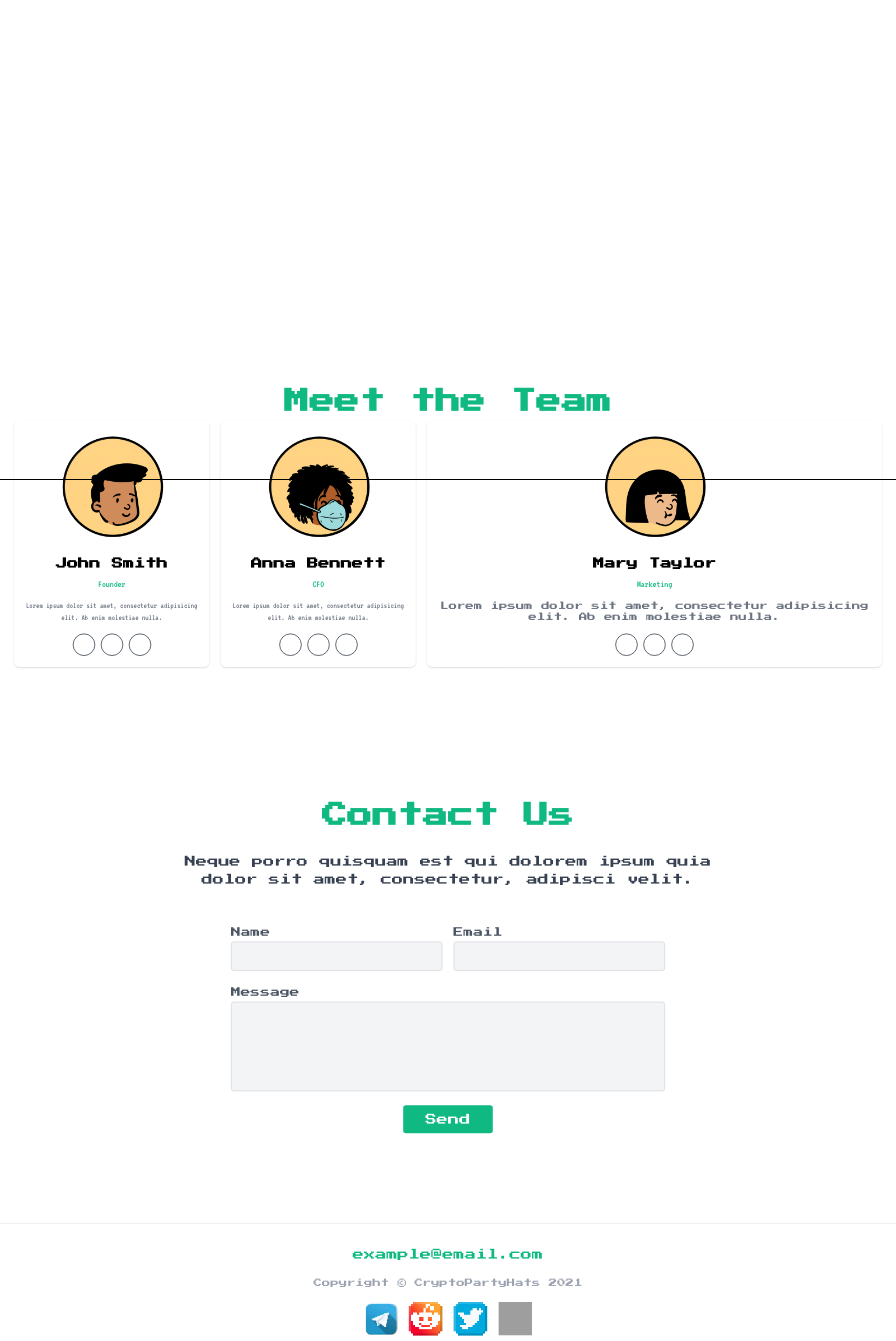
Repository: rhinorphan/phat-landing-page
Page: /
An editor plug-in stored every save of this project. The page is shown before and after the next save, followed by the edit.
The browser window is 1280 px wide. The pictures show the part of the page from y = 2220 to 4140 px (the page is 4136 px tall before and 4140 px after), at 70% of full size.
Pictures or frames that could not be fetched are drawn as grey boxes. The project was rebuilt for these pictures with package versions that can differ from the ones it lists, and the page was loaded fresh each time. Also part of the build but not shown: craco.config.js.

Above is the page before, as saved 2021-11-17 23:10:37.

### public/index.html
<!DOCTYPE html>
<html lang="en">
  <head>
    <meta charset="utf-8" />
    <link rel="icon" href="%PUBLIC_URL%/assets/images/server_icon.png" />
    <meta name="PHAT" content="width=device-width, initial-scale=1" />
    <meta name="theme-color" content="#000000" />
    <meta
      name="description"
      content="PHAT Landing Page"
    />
    <link rel="apple-touch-icon" href="%PUBLIC_URL%/assets/images/server_icon.png" />
    <!--
      manifest.json provides metadata used when your web app is installed on a
      user's mobile device or desktop. See https://developers.google.com/web/fundamentals/web-app-manifest/
    -->
    <link rel="manifest" href="%PUBLIC_URL%/manifest.json" />
    <!--
      Notice the use of %PUBLIC_URL% in the tags above.
      It will be replaced with the URL of the `public` folder during the build.
      Only files inside the `public` folder can be referenced from the HTML.

      Unlike "/favicon.ico" or "favicon.ico", "%PUBLIC_URL%/favicon.ico" will
      work correctly both with client-side routing and a non-root public URL.
      Learn how to configure a non-root public URL by running `npm run build`.
    -->
    <title>Party Hats</title>
  </head>
  <body>
    <noscript>You need to enable JavaScript to run this app.</noscript>
    <div id="root"></div>
    <!--
      This HTML file is a template.
      If you open it directly in the browser, you will see an empty page.

      You can add webfonts, meta tags, or analytics to this file.
      The build step will place the bundled scripts into the <body> tag.

      To begin the development, run `npm start` or `yarn start`.
      To create a production bundle, use `npm run build` or `yarn build`.
    -->
  </body>
</html>

### src/App.js
import logo from './logo.svg';
import './App.css';
import Header from './components/Header';
import Contact from './components/Contact';
import Landing from './components/Landing';
import Community from './components/Community';
import Tokens from './components/Tokens';
import About from './components/About';
import Footer from './components/Footer';

function App() {
  return (
    <div className="app">
        <Header />
        <div className="app__body">
          <Landing />
          <Community />
          <Tokens />
          <About />
          <Contact />
        </div>
        <Footer />
    </div>
  );
}

export default App;

### src/App.css
@import url('https://fonts.googleapis.com/css2?family=VT323&display=swap');
@import url('https://fonts.googleapis.com/css2?family=Press+Start+2P&family=VT323&display=swap');

.app {
  font-family: 'Press Start 2P', cursive;
}

.normalText {
  font-family: 'VT323', monospace;
}

.active {
  @apply py-4 px-2 text-green-500 border-b-4 border-green-500 font-semibold
}

.active2 {
  @apply block text-sm px-2 py-4 text-white bg-green-500 font-semibold
}

.nobull {
  list-style-type: none;
}

### src/components/Header.js
import React from 'react';
import { Link, animateScroll as scroll } from "react-scroll";

function Header() {

  const handleSubmit = (e) => {
    e.preventDefault();

		const menu = document.querySelector(".mobile-menu");

		menu.classList.toggle("hidden");
  }
  const scrollToTop = (e) => {
    scroll.scrollToTop();
  };

  return (
    <nav class="bg-white shadow-lg sticky top-0">
			<div class="max-w-6xl mx-auto px-4">
				<div class="flex justify-between">
					<div class="flex space-x-7">
						<div>
							<a href="" class="flex items-center py-4 px-2">
								<img src={`${process.env.PUBLIC_URL}/assets/images/server_icon.png`} alt="Logo" class="inline object-cover w-12 h-12 mr-4 rounded-full"/>
								<span onClick={scrollToTop}class="font-semibold text-gray-500 text-lg">Party Hats</span>
							</a>
						</div>
						<div class="hidden md:flex items-center space-x-1 nobull">
              <li><Link activeClass="active" className="py-4 px-2 text-gray-500 font-semibold hover:text-green-500 transition duration-300 cursor-pointer"
              to="landing" spy={true} smooth={true} duration={500}>Home</Link></li>
							<li><Link activeClass="active" className="py-4 px-2 text-gray-500 font-semibold hover:text-green-500 transition duration-300 cursor-pointer"
              to="community" spy={true} smooth={true} duration={500}>Community</Link></li>
              <li><Link activeClass="active" className="py-4 px-2 text-gray-500 font-semibold hover:text-green-500 transition duration-300 cursor-pointer"
              to="token" spy={true} smooth={true} duration={500}>Tokens</Link></li>
							<li><Link activeClass="active" className="py-4 px-2 text-gray-500 font-semibold hover:text-green-500 transition duration-300 cursor-pointer"
              to="about" spy={true} smooth={true} duration={500}>About</Link></li>
							<li><Link activeClass="active" className="py-4 px-2 text-gray-500 font-semibold hover:text-green-500 transition duration-300 cursor-pointer"
              to="contact" spy={true} smooth={true} duration={500}>Contact</Link></li>
						</div>
					</div>
					<div class="hidden md:flex items-center space-x-3 ">
						<a target="_blank" rel="noopener noreferrer" href="https://tetr.io/" class="py-2 px-8 font-medium text-white bg-green-500 hover:bg-green-400 transition duration-300 rounded-full">Play</a>
					</div>
					<div class="md:hidden flex items-center">
						<button class="outline-none mobile-menu-button" onClick={handleSubmit}>
						<svg class=" w-6 h-6 text-gray-500 hover:text-green-500 "
							x-show="!showMenu"
							fill="none"
							stroke-linecap="round"
							stroke-linejoin="round"
							stroke-width="2"
							viewBox="0 0 24 24"
							stroke="currentColor"
						>
							<path d="M4 6h16M4 12h16M4 18h16"></path>
						</svg>
					</button>
					</div>
				</div>
			</div>
			<div class="hidden mobile-menu">
				<ul class="">
					<li><Link activeClass="active2" className="block text-sm px-2 py-4 hover:bg-green-500 transition duration-300 hover:text-white cursor-pointer"
              to="landing" spy={true} smooth={true} duration={500}>Home</Link></li>
					<li><Link activeClass="active2" className="block text-sm px-2 py-4 hover:bg-green-500 transition duration-300 hover:text-white cursor-pointer"
              to="community" spy={true} smooth={true} duration={500}>Community</Link></li>
          <li><Link activeClass="active2" className="block text-sm px-2 py-4 hover:bg-green-500 transition duration-300 hover:text-white cursor-pointer"
              to="token" spy={true} smooth={true} duration={500}>Tokens</Link></li>
					<li><Link activeClass="active2" className="block text-sm px-2 py-4 hover:bg-green-500 transition duration-300 hover:text-white cursor-pointer"
              to="about" spy={true} smooth={true} duration={500}>About</Link></li>
					<li><Link activeClass="active2" className="block text-sm px-2 py-4 hover:bg-green-500 transition duration-300 hover:text-white cursor-pointer"
              to="contact" spy={true} smooth={true} duration={500}>Contact</Link></li>
				</ul>
			</div>
		</nav>
  )
}

export default Header

### src/components/Contact.js
import React from 'react'
import { Link, animateScroll as scroll } from "react-scroll";

function Contact() {

  return (
    <section
      className="text-gray-700 body-font h-100" name="contact">
        <div className="container px-5 py-24 mx-auto">
          <div className="flex flex-col text-center w-full mb-12">
            <h1 className="flex text-4xl  font-bold mb-8 text-green-500 justify-center">
              Contact Us
            </h1>
            <p className="lg:w-2/3 mx-auto leading-relaxed text-base">
            Neque porro quisquam est qui dolorem ipsum quia dolor sit amet, consectetur, adipisci velit.
            </p>
          </div>
          <div className="lg:w-1/2 md:w-2/3 mx-auto">
            <div className="flex flex-wrap -m-2">
              <div className="p-2 w-1/2">
                <div className="">
                  <label for="name" className="leading-7 text-sm text-gray-600">
                    Name
                  </label>
                  <input
                    type="text"
                    id="name"
                    name="name"
                    className="w-full bg-gray-100 rounded border border-gray-300 focus:border-green-500 text-base outline-none text-gray-700 py-1 px-3 leading-8 transition-colors duration-200 ease-in-out"
                  />
                </div>
              </div>
              <div className="p-2 w-1/2">
                <div className="">
                  <label
                    for="email"
                    className="leading-7 text-sm text-gray-600"
                  >
                    Email
                  </label>
                  <input
                    type="email"
                    id="email"
                    name="email"
                    className="w-full bg-gray-100 rounded border border-gray-300 focus:border-green-500 text-base outline-none text-gray-700 py-1 px-3 leading-8 transition-colors duration-200 ease-in-out"
                  />
                </div>
              </div>
              <div className="p-2 w-full">
                <div className="">
                  <label
                    for="message"
                    className="leading-7 text-sm text-gray-600"
                  >
                    Message
                  </label>
                  <textarea
                    id="message"
                    name="message"
                    className="w-full bg-gray-100 rounded border border-gray-300 focus:border-green-500 h-32 text-base outline-none text-gray-700 py-1 px-3 resize-none leading-6 transition-colors duration-200 ease-in-out"
                  ></textarea>
                </div>
              </div>
              <div className="p-2 w-full">
                <button className="flex mx-auto py-2 px-8 font-medium text-white bg-green-500 rounded hover:bg-green-400 transition duration-300">
                  Send
                </button>
              </div>
            </div>
          </div>
        </div>
      </section>
  )
}

export default Contact

### src/components/Landing.js
import React from 'react'
import { Link, animateScroll as scroll } from "react-scroll";

function Landing() {
  return (
    <section className="grid md:flex place-items-center h-screen py-10 px-4" name="landing">
      <div class="mx-16">
        <h2 class="text-4xl  font-bold mb-2 text-green-500">
          Community Arcade Cabinet
        </h2>
        <h3 class="text-2xl mb-2 text-gray-300">
        With your beloved games.
        </h3>
        <h3 class="text-2xl mb-8 text-green-500">
        Join the revolution!
        </h3>

        <button class="m-2 bg-white font-bold rounded-full py-4 px-8 shadow-lg uppercase tracking-wider text-green-500 hover:bg-green-400 transition duration-300 hover:text-white">
          <a target="_blank" rel="noopener noreferrer" href="https://lionell-moore.gitbook.io/crypto-party-hats/introductions/what-is-party-hats">Whitepaper</a>
        </button>
        <button class="m-2 bg-white font-bold rounded-full py-4 px-8 shadow-lg uppercase tracking-wider text-green-500 hover:bg-green-400 transition duration-300 hover:text-white">
          <a target="_blank" rel="noopener noreferrer" href="#"><Link activeClass="active"
              to="community" spy={true} smooth={true} duration={500}>Learn More</Link></a>
        </button>
      </div>
      <div className="w-full">
        <img src={`${process.env.PUBLIC_URL}/assets/images/landing.png`} alt="" className="h-full w-full"/>
      </div>
    </section>
  )
}

export default Landing

### src/components/Community.js
import React from 'react'

function Community() {
  return (
    <section className="grid md:grid place-items-center h-100 py-10 px-4" name="community">
      <div className="w-min-50">
        <img src={`${process.env.PUBLIC_URL}/assets/images/collab.png`} alt=""/>
      </div>
      <div class="mx-16 w-50">
        <h2 class="flex text-4xl  font-bold mb-2 text-green-500 justify-center">
        Party Hats?
        </h2>
        <h3 class="flex text-2xl mb-2 text-gray-300 text-center normalText">
        The Party Hats team and our community aims to be a central guild for anyone to join in and spend some time playing games with others as if you were at the arcade with friends. Our community will be more focused on helping fellow members who have either been rugpulled on or scammed by other people in the crypto space.
        </h3>
        <section class="pb-10 bg-blueGray-200 mt-8">
        <div class="container mx-auto px-4">
          <div class="flex flex-wrap">
            <div class="lg:pt-12 pt-6 w-full md:w-4/12 px-4 text-center">
              <div class="flex flex-col min-w-0 break-words bg-white w-full mb-8 shadow-lg rounded-lg">
                <div class="px-4 py-5 flex-auto">
                  <div class="text-white p-3 text-center inline-flex items-center justify-center w-12 h-12 mb-5 shadow-lg rounded-full">
                    <i class="fas fa-award"></i>
                  </div>
                  <h6 class="text-l font-semibold text-green-500">Community Driven</h6>
                  <p class="mt-2 mb-4 text-gray-500 normalText">
                  Our goal is primarily to help people who have lost money to get back on their feet. And to create a community that helps each other besides just themselves.
                  </p>
                </div>
              </div>
            </div>
            <div class="w-full md:w-4/12 px-4 text-center">
              <div class="flex flex-col min-w-0 break-words bg-white w-full mb-8 shadow-lg rounded-lg">
                <div class="px-4 py-5 flex-auto">
                  <div class="text-white p-3 text-center inline-flex items-center justify-center w-12 h-12 mb-5 shadow-lg rounded-full bg-lightBlue-400">
                    <i class="fas fa-retweet"></i>
                  </div>
                  <h6 class="text-l font-semibold text-green-500">Transparency</h6>
                  <p class="mt-2 mb-4 text-gray-500 normalText">
                  Complete Transparency with the Community.
                  Devs and Staff team will always talk with the members to make sure the community stays informed.
                  </p>
                </div>
              </div>
            </div>
            <div class="pt-6 w-full md:w-4/12 px-4 text-center">
              <div class="flex flex-col min-w-0 break-words bg-white w-full mb-8 shadow-lg rounded-lg">
                <div class="px-4 py-5 flex-auto">
                  <div class="text-white p-3 text-center inline-flex items-center justify-center w-12 h-12 mb-5 shadow-lg rounded-full bg-emerald-400">
                    <i class="fas fa-fingerprint"></i>
                  </div>
                  <h6 class="text-l font-semibold text-green-500">Easy to Reach</h6>
                  <p class="mt-2 mb-4 text-gray-500 normalText">
                  You will be able to talk to the developers and owners of the project at anytime as long as they are available to talk! Any Questions, Feedback and Suggestions are always welcomed!
                  </p>
                </div>
              </div>
            </div>
          </div>
        </div>
        </section>
      </div>
    </section>
  )
}

export default Community

### src/components/Tokens.js
import React from 'react'

function Tokens() {
  return (
    <section name="token" className="h-screen container px-5 py-24 mx-auto flex justify-center">
      <p className="flex text-4xl  font-bold mb-2 text-green-500 justify-center">Tokens</p>
    </section>
  )
}

export default Tokens

### src/components/About.js
import React from 'react'

// shadow-lg border border-gray-200 rounded-full overflow-hidden - picture TEAM div className

function About() {
  return (
    <section name="about" className="h-100 container px-5 py-24 mx-auto flex-col">
      <div>
        <p className="flex text-4xl  font-bold mb-2 text-green-500 justify-center">Meet the Team</p>
      </div>
      <div class="flex flex-col sm:flex-row gap-4">

			<div class="flex flex-col items-center justify-center bg-white p-4 shadow rounded-lg">
				<div class="inline-flex h-40 w-40">
					<img src={`${process.env.PUBLIC_URL}/assets/images/team1.png`}
						 alt=""
						 class="h-full w-full"/>
				</div>

				<h2 class="mt-4 font-bold text-l">John Smith</h2>
				<h6 class="mt-2 text-sm font-medium text-green-500 normalText">Founder</h6>

				<p class="text-xs text-gray-500 text-center mt-3 normalText">
					Lorem ipsum dolor sit amet, consectetur adipisicing elit. Ab enim molestiae nulla.
				</p>

				<ul class="flex flex-row mt-4 space-x-2">
					<li>
						<a href="" class="flex items-center justify-center h-8 w-8 border rounded-full text-gray-800 border-gray-800">
							<i class="fab fa-facebook"></i>
						</a>
					</li>
					<li>
						<a href="" class="flex items-center justify-center h-8 w-8 border rounded-full text-gray-800 border-gray-800">
							<i class="fab fa-twitter"></i>
						</a>
					</li>
					<li>
						<a href="" class="flex items-center justify-center h-8 w-8 border rounded-full text-gray-800 border-gray-800">
							<i class="fab fa-instagram"></i>
						</a>
					</li>
				</ul>
			</div>

			<div class="flex flex-col items-center justify-center bg-white p-4 shadow rounded-lg">
				<div class="inline-flex h-40 w-40">
					<img src={`${process.env.PUBLIC_URL}/assets/images/team2.png`}
						 alt=""
						 class="h-full w-full"/>
				</div>

				<h2 class="mt-4 font-bold text-l">Anna Bennett</h2>
				<h6 class="mt-2 text-sm font-medium text-green-500 normalText">CFO</h6>

				<p class="text-xs text-gray-500 text-center mt-3 normalText">
					Lorem ipsum dolor sit amet, consectetur adipisicing elit. Ab enim molestiae nulla.
				</p>

				<ul class="flex flex-row mt-4 space-x-2">
					<li>
						<a href="" class="flex items-center justify-center h-8 w-8 border rounded-full text-gray-800 border-gray-800">
							<i class="fab fa-facebook"></i>
						</a>
					</li>
					<li>
						<a href="" class="flex items-center justify-center h-8 w-8 border rounded-full text-gray-800 border-gray-800">
							<i class="fab fa-twitter"></i>
						</a>
					</li>
					<li>
						<a href="" class="flex items-center justify-center h-8 w-8 border rounded-full text-gray-800 border-gray-800">
							<i class="fab fa-instagram"></i>
						</a>
					</li>
				</ul>
			</div>

			<div class="flex flex-col items-center justify-center bg-white p-4 shadow rounded-lg">
				<div class="inline-flex h-40 w-40">
					<img src={`${process.env.PUBLIC_URL}/assets/images/team3.png`}
						 alt=""
						 class="h-full w-full"/>
				</div>

				<h2 class="mt-4 font-bold text-l">Mary Taylor</h2>
				<h6 class="mt-2 text-sm font-medium text-green-500 normalText">Marketing</h6>

				<p class="text-xs text-gray-500 text-center mt-3">
					Lorem ipsum dolor sit amet, consectetur adipisicing elit. Ab enim molestiae nulla.
				</p>

				<ul class="flex flex-row mt-4 space-x-2">
					<li>
						<a href="" class="flex items-center justify-center h-8 w-8 border rounded-full text-gray-800 border-gray-800">
							<i class="fab fa-facebook"></i>
						</a>
					</li>
					<li>
						<a href="" class="flex items-center justify-center h-8 w-8 border rounded-full text-gray-800 border-gray-800">
							<i class="fab fa-twitter"></i>
						</a>
					</li>
					<li>
						<a href="" class="flex items-center justify-center h-8 w-8 border rounded-full text-gray-800 border-gray-800">
							<i class="fab fa-instagram"></i>
						</a>
					</li>
				</ul>
			</div>

		</div>

    </section>
  )
}

export default About

### src/components/Footer.js
import React from 'react'

function Footer() {
  return (
    <div className="p-2 w-full pt-8 mt-8 border-t border-gray-200 text-center">
      <a className="text-green-500">example@email.com</a>
      <p className="text-xs my-5 text-gray-400">
      Copyright © CryptoPartyHats 2021
      </p>
      <div className="flex flex-row justify-center">
        <img src={`${process.env.PUBLIC_URL}/assets/images/tg.png`} alt="" className="h-12 w-12 mx-2"/>
        <img src={`${process.env.PUBLIC_URL}/assets/images/reddit.png`} alt="" className="h-12 w-12 mx-2"/>
        <img src={`${process.env.PUBLIC_URL}/assets/images/twitter.png`} alt="" className="h-12 w-12 mx-2"/>
        <img src={`${process.env.PUBLIC_URL}/assets/images/discord.png`} alt="" className="h-12 w-12 mx-2"/>
      </div>
    </div>
  )
}

export default Footer

Loaded but not shown: src/index.js (common file); src/index.css (common file); src/reportWebVitals.js (common file); tailwind.config.js (common file)

After the next save:
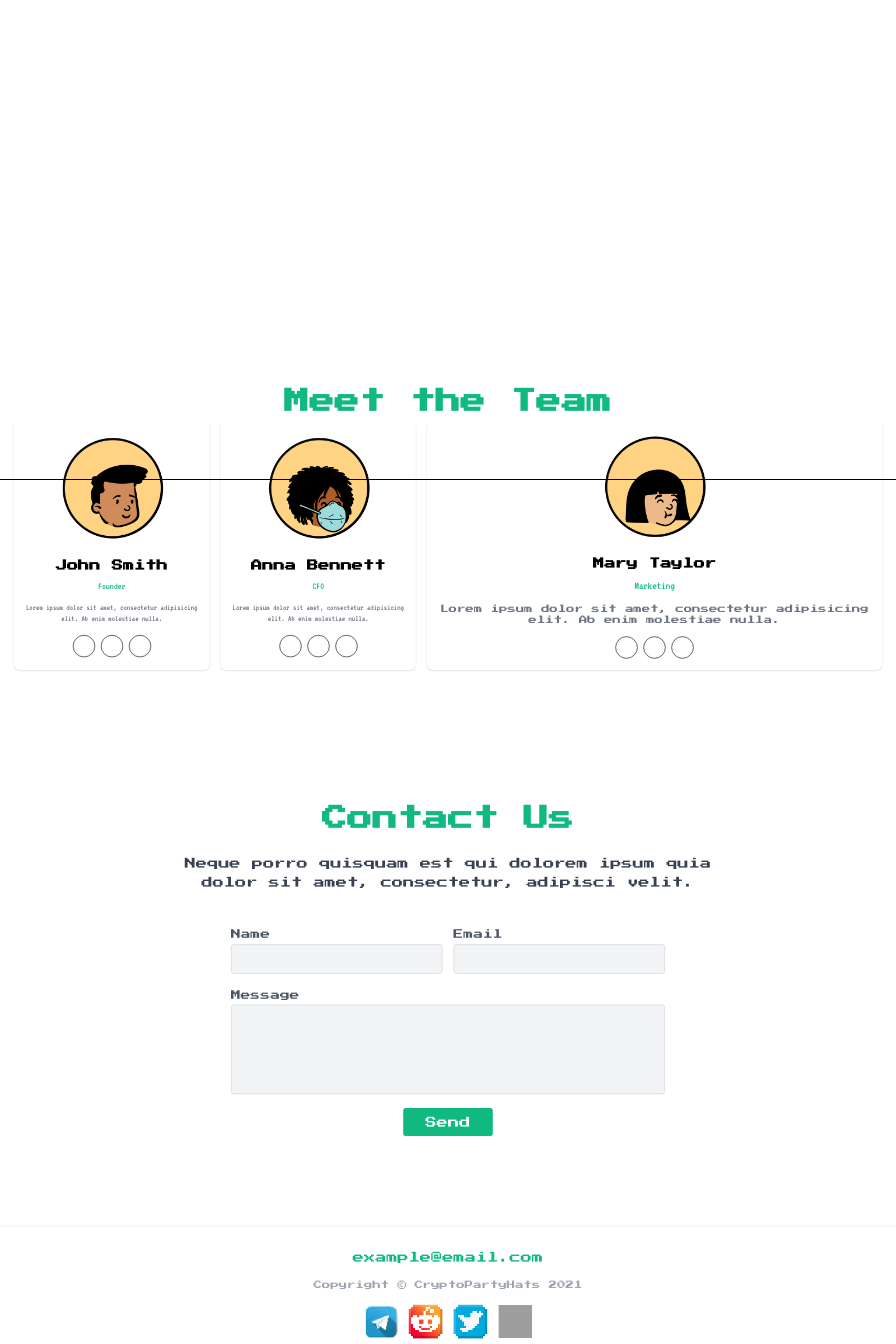
Saved 6 s later.
--- a/src/components/About.js
+++ b/src/components/About.js
@@ -84,7 +84,7 @@ function About() {
 				</div>
 
 				<h2 class="mt-4 font-bold text-l">Mary Taylor</h2>
-				<h6 class="mt-2 text-sm font-medium text-green-500 normalText">Marketing</h6>
+				<h6 class="mt-2 text-md font-medium text-green-500 normalText">Marketing</h6>
 
 				<p class="text-xs text-gray-500 text-center mt-3">
 					Lorem ipsum dolor sit amet, consectetur adipisicing elit. Ab enim molestiae nulla.
